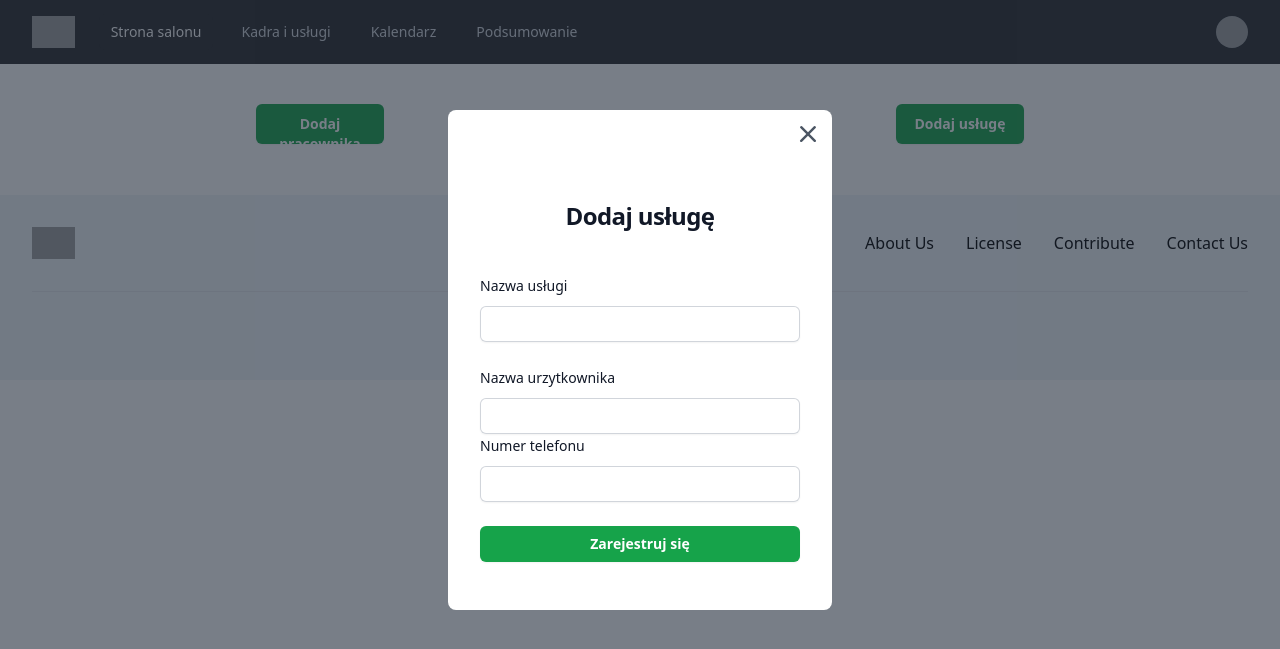
Repository: PrzemyslawJura/my-app
Page: /pracownicy (app in frontend/), after clicking the first element matching `div.gap-x-6 > :nth-child(2)`
An editor plug-in stored every save of this project. The page is shown before and after the next save, followed by the edit.
The browser window is 1280 px wide. The pictures show the whole page.
Pictures or frames that could not be fetched are drawn as grey boxes. The page's requests for data from a server got no answer. The project was rebuilt for these pictures with package versions that can differ from the ones it lists, and the page was loaded fresh each time. No one was signed in, and anything a server would have sent is missing. Also part of the build but not shown: frontend/src/components/Location.jsx, frontend/src/home/Feature.jsx, frontend/src/shared_np_buttony_inputy_kalendarze_itp/PaginationTile.jsx, frontend/src/home/Pagination.jsx, frontend/src/home/Listbox.jsx, frontend/src/home/StepOne.jsx, frontend/src/home/StepTwo.jsx, frontend/src/home/SalonOffer.jsx and 22 more.

Above is the page before, as saved 2023-11-24 15:28:37.

### frontend/src/index.js
import React from 'react';
import ReactDOM from 'react-dom/client';
import './index.css';
import App from './core/App';
import reportWebVitals from './reportWebVitals';
import { BrowserRouter } from 'react-router-dom';

const root = ReactDOM.createRoot(document.getElementById('root'));
root.render(
  <React.StrictMode>
    <BrowserRouter>
      <App />
    </BrowserRouter>
  </React.StrictMode>
);

// If you want to start measuring performance in your app, pass a function
// to log results (for example: reportWebVitals(console.log))
// or send to an analytics endpoint. Learn more: https://bit.ly/CRA-vitals
reportWebVitals();

### frontend/src/index.css
@tailwind base;
html {
  scroll-behavior: smooth;
}

@tailwind components;
@tailwind utilities;

### frontend/src/core/App.jsx
import BrowserRoutes from "./BrowserRoutes"
import FooterWithLogo from "./Footer"
import NavbarBiznes from "./NavbarBiznes";
import NavbarHome from "./NavbarHome";



export default function App() {
  let navigationBar = <NavbarHome/>
  function userIsLogin(user)
  {
    if (user == false) navigationBar = <NavbarBiznes/>
    else navigationBar = <NavbarHome/>
  }
  return (
    <>
      {userIsLogin(false)}
      {navigationBar}
      <BrowserRoutes/>
      <FooterWithLogo/>
    </>
  )
}

### frontend/src/core/BrowserRoutes.jsx
import Home from "../home/Home"
import CalendarOfWork from "../biznes/CalendarOfWork"
import SalonPage from "../biznes/SalonPage"
import Workers from "../biznes/Workers"
import { Route, Routes } from "react-router-dom"
import NavbarBiznes from "./NavbarBiznes"

export default function BrowserRoutes() {
  return (
      <Routes>
        <Route path="/" element={<Home/>}/>
        <Route path="/stronasalonu" element={<SalonPage/>}/>
        <Route path="/pracownicy" element={<Workers/>}/>
        <Route path="/kalendarz" element={<CalendarOfWork/>}/>
      </Routes>
  )
}

### frontend/src/core/Footer.jsx
import { Typography } from "@material-tailwind/react";

export default function FooterWithLogo() {
  return (
    <footer id="footer" className="w-full p-8 bg-slate-100">
      <div className="flex flex-row flex-wrap items-center justify-center gap-y-6 gap-x-12 text-center md:justify-between">
      <img
        className="h-8 w-auto"
        src="https://tailwindui.com/img/logos/mark.svg?color=green&shade=600"
        alt=""
      />
        <ul className="flex flex-wrap items-center gap-y-2 gap-x-8">
          <li>
            <Typography
              as="a"
              href="#"
              color="blue-gray"
              className="font-normal transition-colors hover:text-blue-500 focus:text-blue-500"
            >
              About Us
            </Typography>
          </li>
          <li>
            <Typography
              as="a"
              href="#"
              color="blue-gray"
              className="font-normal transition-colors hover:text-blue-500 focus:text-blue-500"
            >
              License
            </Typography>
          </li>
          <li>
            <Typography
              as="a"
              href="#"
              color="blue-gray"
              className="font-normal transition-colors hover:text-blue-500 focus:text-blue-500"
            >
              Contribute
            </Typography>
          </li>
          <li>
            <Typography
              as="a"
              href="#"
              color="blue-gray"
              className="font-normal transition-colors hover:text-blue-500 focus:text-blue-500"
            >
              Contact Us
            </Typography>
          </li>
        </ul>
      </div>
      <hr className="my-8 border-blue-gray-50" />
      <Typography color="blue-gray" className="text-center font-normal">
        &copy; 2023 Material Tailwind
      </Typography>
    </footer>
  );
}

### frontend/src/core/NavbarBiznes.jsx
import { Fragment } from 'react'
import { Disclosure, Menu, Transition } from '@headlessui/react'
import { Bars3Icon, XMarkIcon } from '@heroicons/react/24/outline'


const navigation = [
  { name: 'Strona salonu', href: '/stronasalonu', current: true },
  { name: 'Kadra i usługi', href: '/pracownicy', current: false },
  { name: 'Kalendarz', href: '/kalendarz', current: false },
  { name: 'Podsumowanie', href: '/podsumowanie', current: false },
]

function classNames(...classes) {
  return classes.filter(Boolean).join(' ')
}

export default function NavbarBiznes({}) {
  return (
    <Disclosure as="nav" className="bg-zinc-800">
      {({ open }) => (
        <>
          <div className="mx-auto max-w-7xl px-2 sm:px-6 lg:px-8">
            <div className="relative flex h-16 items-center justify-between">
              <div className="absolute inset-y-0 left-0 flex items-center sm:hidden">
                {/* Mobile menu button*/}
                <Disclosure.Button className="relative inline-flex items-center justify-center rounded-md p-2 text-gray-400 hover:bg-gray-700 hover:text-white focus:outline-none focus:ring-2 focus:ring-inset focus:ring-white">
                  <span className="absolute -inset-0.5" />
                  <span className="sr-only">Open main menu</span>
                  {open ? (
                    <XMarkIcon className="block h-6 w-6" aria-hidden="true" />
                  ) : (
                    <Bars3Icon className="block h-6 w-6" aria-hidden="true" />
                  )}
                </Disclosure.Button>
              </div>
              <div className="flex flex-1 items-center justify-center sm:items-stretch sm:justify-start">
                <div className="flex flex-shrink-0 items-center">
                  <img
                    className="h-8 w-auto"
                    src="https://tailwindui.com/img/logos/mark.svg?color=green&shade=500"
                    alt="Your Company"
                  />
                </div>
                <div className="hidden sm:ml-6 sm:block">
                  <div className="flex space-x-4">
                    {navigation.map((item) => (
                      <a
                        key={item.name}
                        href={item.href}
                        className={classNames(
                          item.current ? 'bg-zinc-800 text-white' : 'text-gray-300 hover:bg-zinc-600 hover:text-white',
                          'rounded-md px-3 py-2 text-sm font-medium'
                        )}
                        aria-current={item.current ? 'page' : undefined}
                      >
                        {item.name}
                      </a>
                    ))}
                  </div>
                </div>
              </div>
              <div className="absolute inset-y-0 right-0 flex items-center pr-2 sm:static sm:inset-auto sm:ml-6 sm:pr-0">
                {/* Profile dropdown */}
                <Menu as="div" className="relative ml-3">
                  <div>
                    <Menu.Button className="relative flex rounded-full bg-gray-800 text-sm focus:outline-none focus:ring-2 focus:ring-white focus:ring-offset-2 focus:ring-offset-gray-800">
                      <span className="absolute -inset-1.5" />
                      <span className="sr-only">Open user menu</span>
                      <img
                        className="h-8 w-8 rounded-full"
                        src="https://images.unsplash.com/photo-1592647420148-bfcc177e2117?ixlib=rb-4.0.3&ixid=M3wxMjA3fDB8MHxwaG90by1wYWdlfHx8fGVufDB8fHx8fA%3D%3D&auto=format&fit=crop&w=2039&q=80"
                        alt=""
                      />
                    </Menu.Button>
                  </div>
                  <Transition
                    as={Fragment}
                    enter="transition ease-out duration-100"
                    enterFrom="transform opacity-0 scale-95"
                    enterTo="transform opacity-100 scale-100"
                    leave="transition ease-in duration-75"
                    leaveFrom="transform opacity-100 scale-100"
                    leaveTo="transform opacity-0 scale-95"
                  >
                    <Menu.Items className="absolute right-0 z-10 mt-2 w-48 origin-top-right rounded-md bg-white py-1 shadow-lg ring-1 ring-black ring-opacity-5 focus:outline-none">
                      <Menu.Item>
                        {({ active }) => (
                          <a
                            href="#"
                            className={classNames(active ? 'bg-gray-100' : '', 'block px-4 py-2 text-sm text-gray-700')}
                          >
                            Twój profil
                          </a>
                        )}
                      </Menu.Item>
                      <Menu.Item>
                        {({ active }) => (
                          <a
                            href="#"
                            className={classNames(active ? 'bg-gray-100' : '', 'block px-4 py-2 text-sm text-gray-700')}
                          >
                            Ustawienia
                          </a>
                        )}
                      </Menu.Item>
                      <Menu.Item>
                        {({ active }) => (
                          <a
                            href="#"
                            className={classNames(active ? 'bg-gray-100' : '', 'block px-4 py-2 text-sm text-gray-700')}
                          >
                            Wyloguj
                          </a>
                        )}
                      </Menu.Item>
                    </Menu.Items>
                  </Transition>
                </Menu>
              </div>
            </div>
          </div>

          <Disclosure.Panel className="sm:hidden">
            <div className="space-y-1 px-2 pb-3 pt-2">
              {navigation.map((item) => (
                <Disclosure.Button
                  key={item.name}
                  as="a"
                  href={item.href}
                  className={classNames(
                    item.current ? 'bg-gray-900 text-white' : 'text-gray-300 hover:bg-gray-700 hover:text-white',
                    'block rounded-md px-3 py-2 text-base font-medium'
                  )}
                  aria-current={item.current ? 'page' : undefined}
                >
                  {item.name}
                </Disclosure.Button>
              ))}
            </div>
          </Disclosure.Panel>
        </>
      )}
    </Disclosure>
  )
}

### frontend/src/biznes/Workers.jsx
import React, { useState } from 'react'
import AddWorker from "./AddWorker"
import AddService from './AddService'
import MainButton from "../shared_np_buttony_inputy_kalendarze_itp/MainButton"
import Dropdown from "../shared_np_buttony_inputy_kalendarze_itp/Dropdown"
import Hairdresser from "../components/Hairdresser"
import { useEffect } from 'react';
import Service from '../components/Service'

const people = [
  {
    name: 'Leslie Alexander',
    email: 'leslie.alexander@example.com',
    telephone: '213 123 123',
    role: 'Co-Founder / CEO',
    imageUrl:
      'https://images.unsplash.com/photo-1494790108377-be9c29b29330?ixlib=rb-1.2.1&ixid=eyJhcHBfaWQiOjEyMDd9&auto=format&fit=facearea&facepad=2&w=256&h=256&q=80',
    lastSeen: '3h ago',
    lastSeenDateTime: '2023-01-23T13:23Z',
  },
  {
    name: 'Michael Foster',
    email: 'michael.foster@example.com',
    role: 'Co-Founder / CTO',
    imageUrl:
      'https://images.unsplash.com/photo-1519244703995-f4e0f30006d5?ixlib=rb-1.2.1&ixid=eyJhcHBfaWQiOjEyMDd9&auto=format&fit=facearea&facepad=2&w=256&h=256&q=80',
    lastSeen: '3h ago',
    lastSeenDateTime: '2023-01-23T13:23Z',
  },
  {
    name: 'Dries Vincent',
    email: 'dries.vincent@example.com',
    role: 'Business Relations',
    imageUrl:
      'https://images.unsplash.com/photo-1506794778202-cad84cf45f1d?ixlib=rb-1.2.1&ixid=eyJhcHBfaWQiOjEyMDd9&auto=format&fit=facearea&facepad=2&w=256&h=256&q=80',
    lastSeen: null,
  },
  {
    name: 'Lindsay Walton',
    email: 'lindsay.walton@example.com',
    role: 'Front-end Developer',
    imageUrl:
      'https://images.unsplash.com/photo-1517841905240-472988babdf9?ixlib=rb-1.2.1&ixid=eyJhcHBfaWQiOjEyMDd9&auto=format&fit=facearea&facepad=2&w=256&h=256&q=80',
    lastSeen: '3h ago',
    lastSeenDateTime: '2023-01-23T13:23Z',
  },
  {
    name: 'Courtney Henry',
    email: 'courtney.henry@example.com',
    role: 'Designer',
    imageUrl:
      'https://images.unsplash.com/photo-1438761681033-6461ffad8d80?ixlib=rb-1.2.1&ixid=eyJhcHBfaWQiOjEyMDd9&auto=format&fit=facearea&facepad=2&w=256&h=256&q=80',
    lastSeen: '3h ago',
    lastSeenDateTime: '2023-01-23T13:23Z',
  },
  {
    name: 'Tom Cook',
    email: 'tom.cook@example.com',
    role: 'Director of Product',
    imageUrl:
      'https://images.unsplash.com/photo-1472099645785-5658abf4ff4e?ixlib=rb-1.2.1&ixid=eyJhcHBfaWQiOjEyMDd9&auto=format&fit=facearea&facepad=2&w=256&h=256&q=80',
    lastSeen: null,
  },
]

const sortOptions = [
  { name: 'Zmień dane', href: '#', current: true },
  { name: 'Usuń pracownika', href: '#', current: true },
  { name: 'Dodaj nieobecność', href: '#', current: true }
]



export default function Workers() {
  const [isShown, setIsShown] = useState(0);
  const [workers, setWorkers] = useState([]);

  useEffect(() => {
    fetch('https://localhost:7230/Salons/WorkersWithSalonId/1')
      .then((res) => res.json())
      .then((result) => {
        setWorkers(result);
        console.log(result)
      });
  }, [])

  return (
    <>
        <div className="w-3/5 m-auto my-5 ">
            <ul role="list" className="divide-y divide-gray-100">
              {workers.map((person) => (
                <>
                <li key={person.id} className="flex justify-between gap-x-6 py-5">
                  <Hairdresser person={person}/>
                  <Dropdown title="Edytuj" options={sortOptions}/>
                </li>
                <Service workerId={person.id}/>
                </>
              ))}
            </ul>
            <div className="flex justify-between gap-x-6 py-5">
              <span onClick={() => setIsShown(1)}>
                <MainButton text="Dodaj pracownika"/>
              </span>

              <span onClick={() => setIsShown(2)}>
                <MainButton text="Dodaj usługę"/>
              </span>
            </div>

            {isShown == 1 && <AddWorker setIsShown={setIsShown} />}
            {isShown == 2 && <AddService setIsShown={setIsShown} />}
        </div>
    </>
  )
}

### frontend/src/shared_np_buttony_inputy_kalendarze_itp/MainButton.jsx
export default function MainButton({text}) {
    return (
        <button
        type="submit"
        className="w-20 sm:w-32 flex-none rounded-md bg-green-600 px-3.5 py-2.5 text-sm font-semibold max-h-10 my-auto
                   text-white shadow-sm hover:bg-green-400 focus-visible:outline focus-visible:outline-2
                   focus-visible:outline-offset-2 focus-visible:outline-indigo-500"
        >
        {text}
        </button>
    )}

### frontend/src/biznes/AddService.jsx
import { XMarkIcon } from '@heroicons/react/20/solid'
import React, { useEffect, useState } from 'react';

const AddService = ({ setIsShown }) => {


  const handleSubmit = async (e) => {
    e.preventDefault();
    try {


      const response = await fetch('https://localhost:7230/api/User', {
        method: 'POST',
        headers: { 'Content-Type': 'application/json' },
        body: JSON.stringify({  "UserName": document.getElementById("Email").value,
                                "Email": document.getElementById("UserName").value,
                                "PhoneNumber": document.getElementById("PhoneNumber").value }),
      });

      const data = await response.json();
      if(response.status != 201)
      {
        document.getElementById(e.target.name + "SuccesfullyValidation").classList.add("hidden")
        document.getElementById(e.target.name + "ErrorValidation").classList.remove("hidden")
      }
      else
      {
        document.getElementById(e.target.name + "ErrorValidation").classList.add("hidden")
        document.getElementById(e.target.name + "SuccesfullyValidation").classList.remove("hidden")
        setTimeout(() => setIsShown(0), 1200);
      }
      console.log(data);
    } catch (error) {
      console.error('Błąd:', error);
    }
  };

  const handleInputChange = (e) => {
    const { name, value } = e.target;
    if(e.target.value.match(e.target.pattern))
    {
      document.getElementById(e.target.name + "Err").classList.add("hidden")
    }
    else
    {
      document.getElementById(e.target.name + "Err").classList.remove("hidden")
    }
  };

    return (
      <>
      <div className="w-full h-full fixed top-0 left-0 bg-gray-800 bg-opacity-60">
        <div className="top-2/4 left-2/4 translate-x-[-50%] translate-y-[-50%] h-auto bg-white w-96 rounded-lg fixed flex flex-1 flex-col justify-center px-6 py-12 lg:px-8">
          <div className="sm:mx-auto sm:w-full sm:max-w-sm">
                          <XMarkIcon
                          onClick={()=> setIsShown(0)}
                className="cursor-pointer h-8 w-8 text-gray-600 absolute top-2 right-2"
                aria-hidden="true"
              />
            <h2 className="mt-10 text-center text-2xl font-bold leading-9 tracking-tight text-gray-900">
              Dodaj usługę
            </h2>
          </div>

          <div className="mt-10 sm:mx-auto sm:w-full sm:max-w-sm">
            <form className="space-y-6" onSubmit={handleSubmit}>
              <div>
                <label htmlFor="email" className="block text-sm font-medium leading-6 text-gray-900">
                  Nazwa usługi
                </label>
                <div className="mt-2">
                  <input
                    pattern='^[\w-\.]+@([\w-]+\.)+[\w-]{2,4}$'
                    onChange={handleInputChange}
                    name="Name"
                    type="text"
                    id='Name'
                    autoComplete="email"
                    required
                    className="block w-full rounded-md border-0 py-1.5 text-gray-900 shadow-sm ring-1 ring-inset ring-gray-300 placeholder:text-gray-400 focus:ring-2 focus:ring-inset focus:ring-green-600 sm:text-sm sm:leading-6"
                  />
                </div>
                <span id='NameErr' className='text-sm text-red-600 hidden'>Email nie poprawny</span>
              </div>

              <div>
                <div className="flex items-center justify-between">
                  <label htmlFor="password" className="block text-sm font-medium leading-6 text-gray-900">
                    Nazwa urzytkownika
                  </label>
                </div>
                <div className="mt-2">
                  <input
                    pattern="[A-Za-z0-9]{3,255}"
                    onChange={handleInputChange}
                    name="UserName"
                    type="text"
                    id='UserName'
                    required
                    className="block w-full rounded-md border-0 py-1.5 text-gray-900 shadow-sm ring-1 ring-inset ring-gray-300 placeholder:text-gray-400 focus:ring-2 focus:ring-inset focus:ring-green-600 sm:text-sm sm:leading-6"
                  />
                </div>
                <span id='UserNameErr' className='text-sm text-red-600 hidden'>Nazwa urzytkownika musi zawierać przynajmniej 3 litery</span>

                <div className="flex items-center justify-between">
                  <label htmlFor="password" className="block text-sm font-medium leading-6 text-gray-900">
                    Numer telefonu
                  </label>
                </div>
                <div className="mt-2">
                  <input
                    pattern="[1-9]{9}"
                    onChange={handleInputChange}
                    name="PhoneNumber"
                    id='PhoneNumber'
                    type="text"
                    autoComplete="current-password"
                    required
                    className="block w-full rounded-md border-0 py-1.5 text-gray-900 shadow-sm ring-1 ring-inset ring-gray-300 placeholder:text-gray-400 focus:ring-2 focus:ring-inset focus:ring-green-600 sm:text-sm sm:leading-6"
                  />
                </div>
                <span id='PhoneNumberErr' className='text-sm text-red-600 hidden'>Numer telefonu musi zawierać 9 cyfr</span>
              </div>

              <span id='ErrorValidation' className='text-sm text-red-600 hidden'>Podano nie właściwe dane</span>
              <span id='SuccesfullyValidation' className='text-sm text-green-600 hidden'>Pomyślnie utworzono konto salonu</span>

              <div>
                <button
                  type="submit"
                  className="flex w-full justify-center rounded-md bg-green-600 px-3 py-1.5 text-sm font-semibold leading-6 text-white shadow-sm hover:bg-green-500 focus-visible:outline focus-visible:outline-2 focus-visible:outline-offset-2 focus-visible:outline-green-600"
                >
                  Zarejestruj się
                </button>
              </div>
            </form>
          </div>
        </div>
        </div>
      </>
    )
  }

  export default AddService

### frontend/tailwind.config.js
/** @type {import('tailwindcss').Config} */
module.exports = {
  content: [
    "./src/**/*.{js,jsx,ts,tsx}",
  ],
  theme: {
    extend: {
      backgroundImage: {
        /*https://unsplash.com/photos/EW_rqoSdDes?utm_source=unsplash&utm_medium=referral&utm_content=creditShareLink*/
        /*author: Nathon Oski*/
        'main-image': "url('/src/assets/main-image.jpg')",
      },
      backgroundColor: {
        'bgGray': '#f8f9fa',
      }
    },
  },
  plugins: [],
}

Loaded but not shown: frontend/public/index.html (common file); frontend/src/reportWebVitals.js (common file)

After the next save:
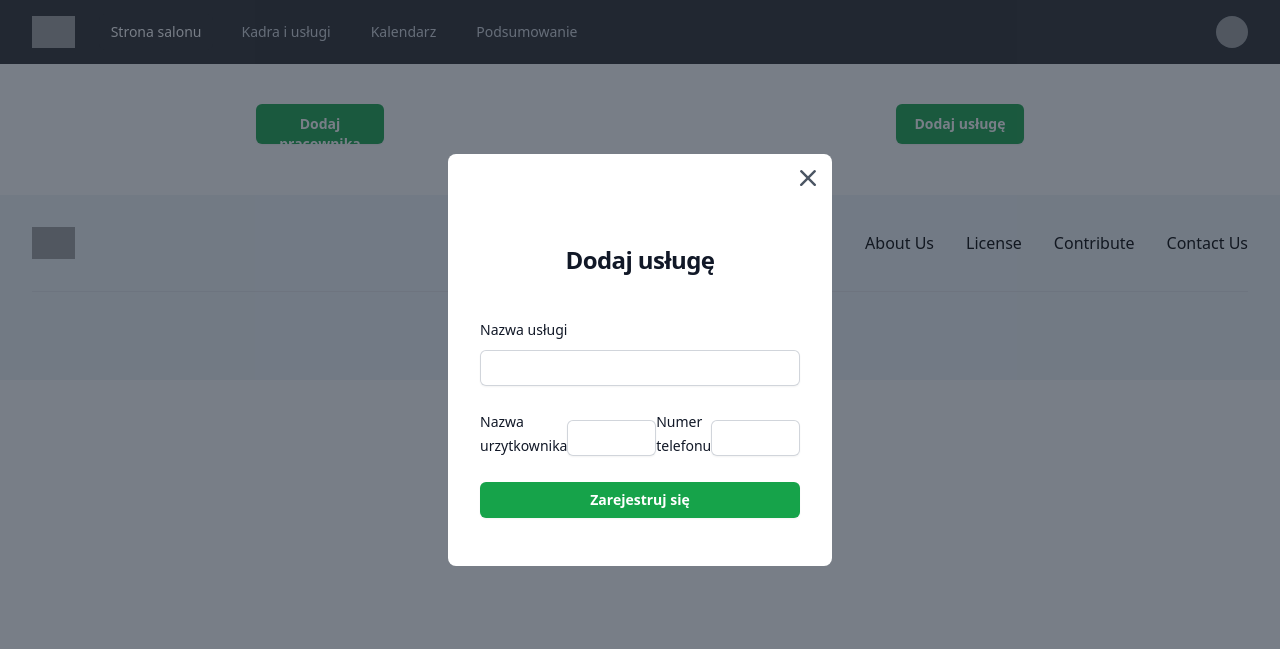
Saved 17 s later.
--- a/frontend/src/biznes/AddService.jsx
+++ b/frontend/src/biznes/AddService.jsx
@@ -83,7 +83,7 @@ const AddService = ({ setIsShown }) => {
                 <span id='NameErr' className='text-sm text-red-600 hidden'>Email nie poprawny</span>
               </div>
 
-              <div>
+              <div className="flex items-center justify-between">
                 <div className="flex items-center justify-between">
                   <label htmlFor="password" className="block text-sm font-medium leading-6 text-gray-900">
                     Nazwa urzytkownika
